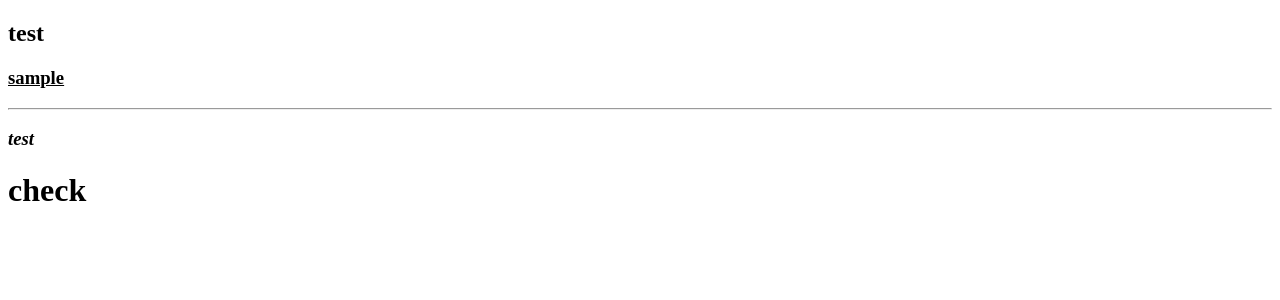
Repository: UshaWorks/WebTech
Page: HTML/task2.html
The author's editor kept a copy of each file at every save. The page is drawn from the files as they stood at one save, then again after the next save.
The browser window is 1280 px wide. The pictures show the whole page.

Above is the page before, as saved 2026-10-12 18:12:56.

After the next save:
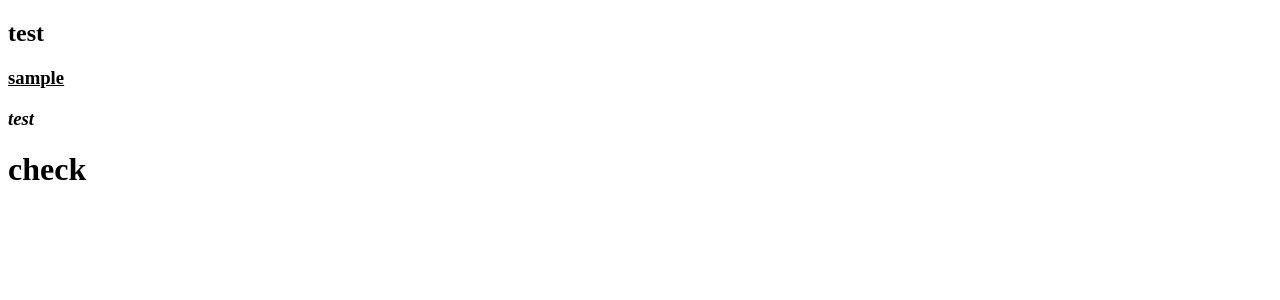
Saved 7 s later.
--- a/HTML/task2.html
+++ b/HTML/task2.html
@@ -7,7 +7,7 @@
 </head>
 <body>
      <h2>test</h2>
-     <u><h3>sample</h3></u><i><hr><h3>test</h3></i>
+     <u><h3>sample</h3></u><i><h3>test</h3></i>
      <h1>check</h1>
 
 </body>
